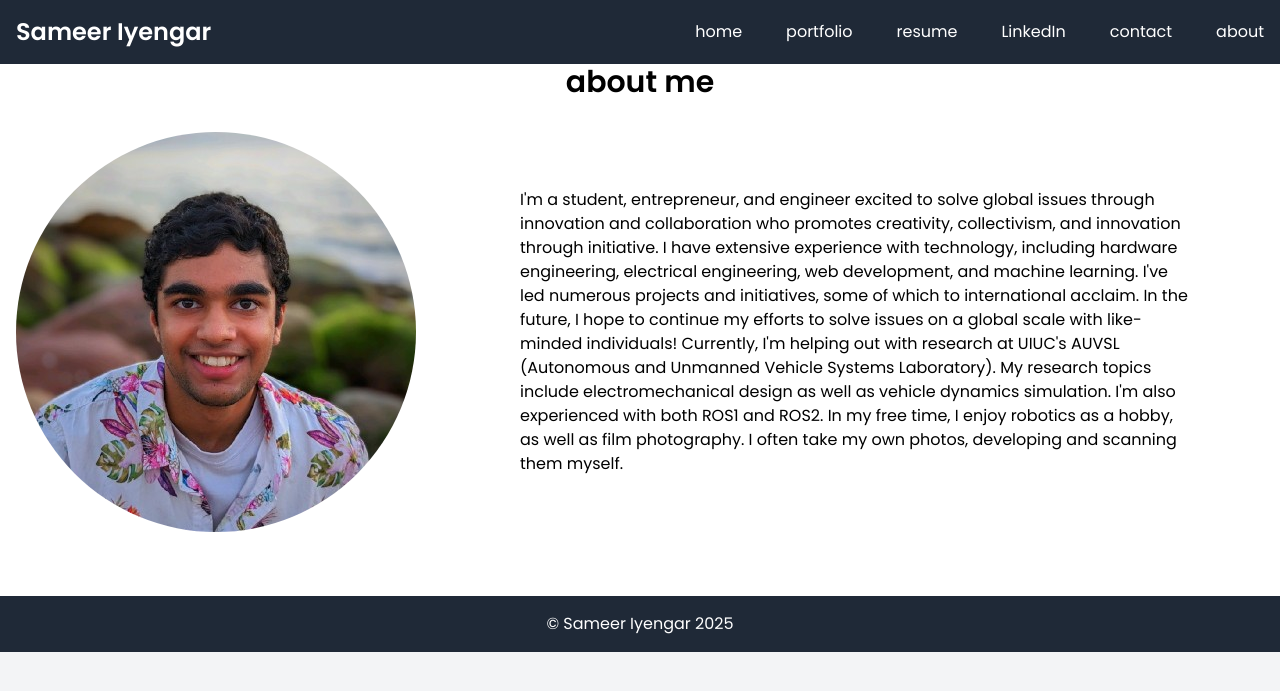
Repository: siyengar04/siyengar04.github.io
Page: about.html
An editor plug-in stored every save of this project. The page is shown before and after the next save, followed by the edit.
The browser window is 1280 px wide. The pictures show the whole page.
Some web libraries are served in a nearby version.

Above is the page before, as saved 2025-06-26 18:34:50.

### about.html
<!DOCTYPE html>
<html lang="en">

<head>
    <meta charset="UTF-8">
    <meta name="viewport" content="width=device-width, initial-scale=1.0">
    <meta property="og:image" content="/images/profile.jpg">
    <meta property="og:image:type" content="image/jpg">
    <meta name="description" content="student, innovator, engineer" />
    <meta property="og:title" content="Sameer Iyengar">
    <meta property="og:description" content="student, innovator, engineer">

    <title>Sameer Iyengar</title>
    <script src="https://cdn.tailwindcss.com"></script>
    <link href="/src/output.css" rel="stylesheet">
    <link href="https://fonts.googleapis.com/css2?family=Poppins:wght@300;400;600&display=swap" rel="stylesheet">
    <style>
        body {
            font-family: 'Poppins', sans-serif;
        }
    </style>
</head>

<body class="bg-gray-100">
    <header class="fixed top-0 z-10 w-full py-4 text-white bg-gray-800">
        <div class="container flex items-center justify-between px-4 mx-auto">
            <h1 class="text-2xl font-semibold">Sameer Iyengar</h1>
            <div class="md:hidden">
                <button id="nav-toggle" class="text-white focus:outline-none">
                    <svg xmlns="http://www.w3.org/2000/svg" class="w-6 h-6" fill="none" viewBox="0 0 24 24" stroke="currentColor">
                        <path stroke-linecap="round" stroke-linejoin="round" stroke-width="2" d="M4 6h16M4 12h16m-7 6h7" />
                    </svg>
                </button>
            </div>
            <nav id="nav-menu" class="hidden md:flex md:space-x-6">
                <ul class="flex flex-col space-y-4 md:flex-row md:space-y-0 md:space-x-6">
                    <li><a href="index.html" class="hover:text-gray-400">home</a></li>
                    <li><a href="/portfolio.html" class="hover:text-gray-400">portfolio</a></li>
                    <li><a href="/resume.html" class="hover:text-gray-400">resume</a></li>
                    <li><a href="https://www.linkedin.com/in/sameer-iyengar/" class="hover:text-gray-400">LinkedIn</a></li>
                    <li><a href="/contact.html" class="hover:text-gray-400">contact</a></li>
                    <li><a href="/about.html" class="hover:text-gray-400">about</a></li>
                </ul>
            </nav>
        </div>
    </header>
    <section id="about" class="py-16 bg-white about">
        <h2 class="mb-8 text-3xl font-bold text-center">about me</h2>

        <div class="container flex flex-col items-center px-4 mx-auto md:flex-row">
            <img src="/images/profile.jpg" alt="Profile Picture" class="mb-8 rounded-full w-100 h-100 md:mb-0 md:mr-8">
            <div class="text-left md:text-left md:flex-1">
                <p class="max-w-2xl mx-auto text-left">I'm a student, entrepreneur, and engineer excited to solve global issues through innovation and collaboration who promotes creativity, collectivism, and innovation through initiative. I have extensive experience with technology, including hardware engineering, electrical engineering, web development, and machine learning. I've led numerous projects and initiatives, some of which to international acclaim. In the future, I hope to continue my efforts to solve issues on a global scale with like-minded individuals! Currently, I'm helping out with research at UIUC's AUVSL (Autonomous and Unmanned Vehicle Systems Laboratory). My research topics include electromechanical design as well as vehicle dynamics simulation. I'm also experienced with both ROS1 and ROS2. In my free time, I enjoy robotics as a hobby, as well as film photography. I often take my own photos, developing and scanning them myself.</p>
            </div>
        </div>
    </section>


    <footer class="py-4 text-center text-white bg-gray-800">
        <div class="container mx-auto">
            <p>&copy; Sameer Iyengar 2025</p>
        </div>
    </footer>

    <script>
        const navToggle = document.getElementById('nav-toggle');
        const navMenu = document.getElementById('nav-menu');

        navToggle.addEventListener('click', () => {
            navMenu.classList.toggle('hidden');
        });
    </script>
</body>

</html>

### src/output.css
*, ::before, ::after {
  --tw-border-spacing-x: 0;
  --tw-border-spacing-y: 0;
  --tw-translate-x: 0;
  --tw-translate-y: 0;
  --tw-rotate: 0;
  --tw-skew-x: 0;
  --tw-skew-y: 0;
  --tw-scale-x: 1;
  --tw-scale-y: 1;
  --tw-pan-x:  ;
  --tw-pan-y:  ;
  --tw-pinch-zoom:  ;
  --tw-scroll-snap-strictness: proximity;
  --tw-gradient-from-position:  ;
  --tw-gradient-via-position:  ;
  --tw-gradient-to-position:  ;
  --tw-ordinal:  ;
  --tw-slashed-zero:  ;
  --tw-numeric-figure:  ;
  --tw-numeric-spacing:  ;
  --tw-numeric-fraction:  ;
  --tw-ring-inset:  ;
  --tw-ring-offset-width: 0px;
  --tw-ring-offset-color: #fff;
  --tw-ring-color: rgb(59 130 246 / 0.5);
  --tw-ring-offset-shadow: 0 0 #0000;
  --tw-ring-shadow: 0 0 #0000;
  --tw-shadow: 0 0 #0000;
  --tw-shadow-colored: 0 0 #0000;
  --tw-blur:  ;
  --tw-brightness:  ;
  --tw-contrast:  ;
  --tw-grayscale:  ;
  --tw-hue-rotate:  ;
  --tw-invert:  ;
  --tw-saturate:  ;
  --tw-sepia:  ;
  --tw-drop-shadow:  ;
  --tw-backdrop-blur:  ;
  --tw-backdrop-brightness:  ;
  --tw-backdrop-contrast:  ;
  --tw-backdrop-grayscale:  ;
  --tw-backdrop-hue-rotate:  ;
  --tw-backdrop-invert:  ;
  --tw-backdrop-opacity:  ;
  --tw-backdrop-saturate:  ;
  --tw-backdrop-sepia:  ;
  --tw-contain-size:  ;
  --tw-contain-layout:  ;
  --tw-contain-paint:  ;
  --tw-contain-style:  ;
}

::backdrop {
  --tw-border-spacing-x: 0;
  --tw-border-spacing-y: 0;
  --tw-translate-x: 0;
  --tw-translate-y: 0;
  --tw-rotate: 0;
  --tw-skew-x: 0;
  --tw-skew-y: 0;
  --tw-scale-x: 1;
  --tw-scale-y: 1;
  --tw-pan-x:  ;
  --tw-pan-y:  ;
  --tw-pinch-zoom:  ;
  --tw-scroll-snap-strictness: proximity;
  --tw-gradient-from-position:  ;
  --tw-gradient-via-position:  ;
  --tw-gradient-to-position:  ;
  --tw-ordinal:  ;
  --tw-slashed-zero:  ;
  --tw-numeric-figure:  ;
  --tw-numeric-spacing:  ;
  --tw-numeric-fraction:  ;
  --tw-ring-inset:  ;
  --tw-ring-offset-width: 0px;
  --tw-ring-offset-color: #fff;
  --tw-ring-color: rgb(59 130 246 / 0.5);
  --tw-ring-offset-shadow: 0 0 #0000;
  --tw-ring-shadow: 0 0 #0000;
  --tw-shadow: 0 0 #0000;
  --tw-shadow-colored: 0 0 #0000;
  --tw-blur:  ;
  --tw-brightness:  ;
  --tw-contrast:  ;
  --tw-grayscale:  ;
  --tw-hue-rotate:  ;
  --tw-invert:  ;
  --tw-saturate:  ;
  --tw-sepia:  ;
  --tw-drop-shadow:  ;
  --tw-backdrop-blur:  ;
  --tw-backdrop-brightness:  ;
  --tw-backdrop-contrast:  ;
  --tw-backdrop-grayscale:  ;
  --tw-backdrop-hue-rotate:  ;
  --tw-backdrop-invert:  ;
  --tw-backdrop-opacity:  ;
  --tw-backdrop-saturate:  ;
  --tw-backdrop-sepia:  ;
  --tw-contain-size:  ;
  --tw-contain-layout:  ;
  --tw-contain-paint:  ;
  --tw-contain-style:  ;
}

/*
! tailwindcss v3.4.14 | MIT License | https://tailwindcss.com
*/

/*
1. Prevent padding and border from affecting element width. (https://github.com/mozdevs/cssremedy/issues/4)
2. Allow adding a border to an element by just adding a border-width. (https://github.com/tailwindcss/tailwindcss/pull/116)
*/

*,
::before,
::after {
  box-sizing: border-box;
  /* 1 */
  border-width: 0;
  /* 2 */
  border-style: solid;
  /* 2 */
  border-color: #e5e7eb;
  /* 2 */
}

::before,
::after {
  --tw-content: '';
}

/*
1. Use a consistent sensible line-height in all browsers.
2. Prevent adjustments of font size after orientation changes in iOS.
3. Use a more readable tab size.
4. Use the user's configured `sans` font-family by default.
5. Use the user's configured `sans` font-feature-settings by default.
6. Use the user's configured `sans` font-variation-settings by default.
7. Disable tap highlights on iOS
*/

html,
:host {
  line-height: 1.5;
  /* 1 */
  -webkit-text-size-adjust: 100%;
  /* 2 */
  -moz-tab-size: 4;
  /* 3 */
  -o-tab-size: 4;
     tab-size: 4;
  /* 3 */
  font-family: ui-sans-serif, system-ui, sans-serif, "Apple Color Emoji", "Segoe UI Emoji", "Segoe UI Symbol", "Noto Color Emoji";
  /* 4 */
  font-feature-settings: normal;
  /* 5 */
  font-variation-settings: normal;
  /* 6 */
  -webkit-tap-highlight-color: transparent;
  /* 7 */
}

/*
1. Remove the margin in all browsers.
2. Inherit line-height from `html` so users can set them as a class directly on the `html` element.
*/

body {
  margin: 0;
  /* 1 */
  line-height: inherit;
  /* 2 */
}

/*
1. Add the correct height in Firefox.
2. Correct the inheritance of border color in Firefox. (https://bugzilla.mozilla.org/show_bug.cgi?id=190655)
3. Ensure horizontal rules are visible by default.
*/

hr {
  height: 0;
  /* 1 */
  color: inherit;
  /* 2 */
  border-top-width: 1px;
  /* 3 */
}

/*
Add the correct text decoration in Chrome, Edge, and Safari.
*/

abbr:where([title]) {
  -webkit-text-decoration: underline dotted;
          text-decoration: underline dotted;
}

/*
Remove the default font size and weight for headings.
*/

h1,
h2,
h3,
h4,
h5,
h6 {
  font-size: inherit;
  font-weight: inherit;
}

/*
Reset links to optimize for opt-in styling instead of opt-out.
*/

a {
  color: inherit;
  text-decoration: inherit;
}

/*
Add the correct font weight in Edge and Safari.
*/

b,
strong {
  font-weight: bolder;
}

/*
1. Use the user's configured `mono` font-family by default.
2. Use the user's configured `mono` font-feature-settings by default.
3. Use the user's configured `mono` font-variation-settings by default.
4. Correct the odd `em` font sizing in all browsers.
*/

code,
kbd,
samp,
pre {
  font-family: ui-monospace, SFMono-Regular, Menlo, Monaco, Consolas, "Liberation Mono", "Courier New", monospace;
  /* 1 */
  font-feature-settings: normal;
  /* 2 */
  font-variation-settings: normal;
  /* 3 */
  font-size: 1em;
  /* 4 */
}

/*
Add the correct font size in all browsers.
*/

small {
  font-size: 80%;
}

/*
Prevent `sub` and `sup` elements from affecting the line height in all browsers.
*/

sub,
sup {
  font-size: 75%;
  line-height: 0;
  position: relative;
  vertical-align: baseline;
}

sub {
  bottom: -0.25em;
}

sup {
  top: -0.5em;
}

/*
1. Remove text indentation from table contents in Chrome and Safari. (https://bugs.chromium.org/p/chromium/issues/detail?id=999088, https://bugs.webkit.org/show_bug.cgi?id=201297)
2. Correct table border color inheritance in all Chrome and Safari. (https://bugs.chromium.org/p/chromium/issues/detail?id=935729, https://bugs.webkit.org/show_bug.cgi?id=195016)
3. Remove gaps between table borders by default.
*/

table {
  text-indent: 0;
  /* 1 */
  border-color: inherit;
  /* 2 */
  border-collapse: collapse;
  /* 3 */
}

/*
1. Change the font styles in all browsers.
2. Remove the margin in Firefox and Safari.
3. Remove default padding in all browsers.
*/

button,
input,
optgroup,
select,
textarea {
  font-family: inherit;
  /* 1 */
  font-feature-settings: inherit;
  /* 1 */
  font-variation-settings: inherit;
  /* 1 */
  font-size: 100%;
  /* 1 */
  font-weight: inherit;
  /* 1 */
  line-height: inherit;
  /* 1 */
  letter-spacing: inherit;
  /* 1 */
  color: inherit;
  /* 1 */
  margin: 0;
  /* 2 */
  padding: 0;
  /* 3 */
}

/*
Remove the inheritance of text transform in Edge and Firefox.
*/

button,
select {
  text-transform: none;
}

/*
1. Correct the inability to style clickable types in iOS and Safari.
2. Remove default button styles.
*/

button,
input:where([type='button']),
input:where([type='reset']),
input:where([type='submit']) {
  -webkit-appearance: button;
  /* 1 */
  background-color: transparent;
  /* 2 */
  background-image: none;
  /* 2 */
}

/*
Use the modern Firefox focus style for all focusable elements.
*/

:-moz-focusring {
  outline: auto;
}

/*
Remove the additional `:invalid` styles in Firefox. (https://github.com/mozilla/gecko-dev/blob/2f9eacd9d3d995c937b4251a5557d95d494c9be1/layout/style/res/forms.css#L728-L737)
*/

:-moz-ui-invalid {
  box-shadow: none;
}

/*
Add the correct vertical alignment in Chrome and Firefox.
*/

progress {
  vertical-align: baseline;
}

/*
Correct the cursor style of increment and decrement buttons in Safari.
*/

::-webkit-inner-spin-button,
::-webkit-outer-spin-button {
  height: auto;
}

/*
1. Correct the odd appearance in Chrome and Safari.
2. Correct the outline style in Safari.
*/

[type='search'] {
  -webkit-appearance: textfield;
  /* 1 */
  outline-offset: -2px;
  /* 2 */
}

/*
Remove the inner padding in Chrome and Safari on macOS.
*/

::-webkit-search-decoration {
  -webkit-appearance: none;
}

/*
1. Correct the inability to style clickable types in iOS and Safari.
2. Change font properties to `inherit` in Safari.
*/

::-webkit-file-upload-button {
  -webkit-appearance: button;
  /* 1 */
  font: inherit;
  /* 2 */
}

/*
Add the correct display in Chrome and Safari.
*/

summary {
  display: list-item;
}

/*
Removes the default spacing and border for appropriate elements.
*/

blockquote,
dl,
dd,
h1,
h2,
h3,
h4,
h5,
h6,
hr,
figure,
p,
pre {
  margin: 0;
}

fieldset {
  margin: 0;
  padding: 0;
}

legend {
  padding: 0;
}

ol,
ul,
menu {
  list-style: none;
  margin: 0;
  padding: 0;
}

/*
Reset default styling for dialogs.
*/

dialog {
  padding: 0;
}

/*
Prevent resizing textareas horizontally by default.
*/

textarea {
  resize: vertical;
}

/*
1. Reset the default placeholder opacity in Firefox. (https://github.com/tailwindlabs/tailwindcss/issues/3300)
2. Set the default placeholder color to the user's configured gray 400 color.
*/

input::-moz-placeholder, textarea::-moz-placeholder {
  opacity: 1;
  /* 1 */
  color: #9ca3af;
  /* 2 */
}

input::placeholder,
textarea::placeholder {
  opacity: 1;
  /* 1 */
  color: #9ca3af;
  /* 2 */
}

/*
Set the default cursor for buttons.
*/

button,
[role="button"] {
  cursor: pointer;
}

/*
Make sure disabled buttons don't get the pointer cursor.
*/

:disabled {
  cursor: default;
}

/*
1. Make replaced elements `display: block` by default. (https://github.com/mozdevs/cssremedy/issues/14)
2. Add `vertical-align: middle` to align replaced elements more sensibly by default. (https://github.com/jensimmons/cssremedy/issues/14#issuecomment-634934210)
   This can trigger a poorly considered lint error in some tools but is included by design.
*/

img,
svg,
video,
canvas,
audio,
iframe,
embed,
object {
  display: block;
  /* 1 */
  vertical-align: middle;
  /* 2 */
}

/*
Constrain images and videos to the parent width and preserve their intrinsic aspect ratio. (https://github.com/mozdevs/cssremedy/issues/14)
*/

img,
video {
  max-width: 100%;
  height: auto;
}

/* Make elements with the HTML hidden attribute stay hidden by default */

[hidden]:where(:not([hidden="until-found"])) {
  display: none;
}

body {
  font-family: 'Poppins', sans-serif;
  margin: 0;
  padding: 0;
  box-sizing: border-box;
}

header {
  background-color: #333;
  padding: 20px 0;
  color: #fff;
}

header nav ul {
  display: flex;
  list-style-type: none;
  gap: 20px;
}

header nav ul li a {
  color: #fff;
  text-decoration: none;
}

.hero {
  background: url('images/hero.jpg') no-repeat center center/cover;
  height: 80vh;
  display: flex;
  align-items: center;
  justify-content: center;
  color: #fff;
  text-align: center;
}

.portfolio {
  padding: 40px 0;
}

.gallery {
  display: grid;
  grid-template-columns: repeat(auto-fit, minmax(200px, 1fr));
  gap: 20px;
}

.gallery img {
  width: 100%;
  height: auto;
}

.contact-btn {
  background-color: #333;
  color: #fff;
  padding: 10px 20px;
  text-decoration: none;
  border-radius: 5px;
}

footer {
  background-color: #333;
  color: #fff;
  text-align: center;
  padding: 10px 0;
}

After the next save:
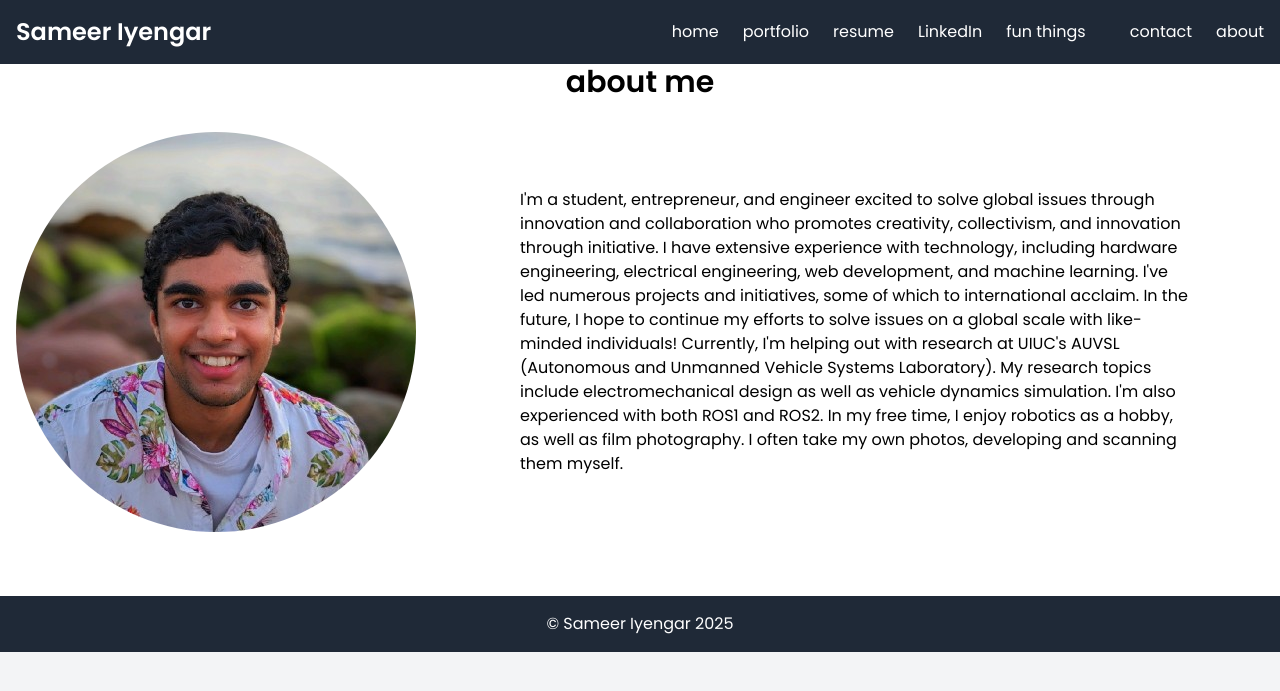
Saved 9 s later.
--- a/about.html
+++ b/about.html
@@ -4,25 +4,75 @@
 <head>
     <meta charset="UTF-8">
     <meta name="viewport" content="width=device-width, initial-scale=1.0">
-    <meta property="og:image" content="/images/profile.jpg">
+    <meta property="og:image" content="./images/profile.jpg">
     <meta property="og:image:type" content="image/jpg">
     <meta name="description" content="student, innovator, engineer" />
     <meta property="og:title" content="Sameer Iyengar">
     <meta property="og:description" content="student, innovator, engineer">
-
-    <title>Sameer Iyengar</title>
+    <title>Sameer Iyengar - Photography Portfolio</title>
     <script src="https://cdn.tailwindcss.com"></script>
-    <link href="/src/output.css" rel="stylesheet">
     <link href="https://fonts.googleapis.com/css2?family=Poppins:wght@300;400;600&display=swap" rel="stylesheet">
     <style>
         body {
             font-family: 'Poppins', sans-serif;
         }
+        .gallery-img {
+            transition: transform 0.3s ease, box-shadow 0.3s ease;
+            cursor: pointer;
+        }
+        .gallery-img:hover {
+            transform: scale(1.02);
+            box-shadow: 0 10px 25px rgba(0, 0, 0, 0.2);
+        }
+        .modal {
+            display: none;
+            position: fixed;
+            z-index: 100;
+            left: 0;
+            top: 0;
+            width: 100%;
+            height: 100%;
+            background-color: rgba(0, 0, 0, 0.9);
+            overflow: auto;
+        }
+        .modal-content {
+            margin: auto;
+            display: block;
+            max-width: 90%;
+            max-height: 90%;
+            margin-top: 5vh;
+        }
+        .close {
+            position: absolute;
+            top: 20px;
+            right: 35px;
+            color: white;
+            font-size: 40px;
+            font-weight: bold;
+            cursor: pointer;
+        }
+        .caption {
+            margin: auto;
+            display: block;
+            width: 80%;
+            text-align: center;
+            color: #ccc;
+            padding: 10px 0;
+        }
+        .desktop-dropdown-menu {
+        margin-top: 0.5rem; /* Adds gap */
+        pointer-events: auto; /* Crucial - keeps interactive */
+        }
+        .desktop-dropdown:hover .desktop-dropdown-menu {
+        display: block;
+        pointer-events: auto; /* Double protection */
+        }
     </style>
 </head>
 
 <body class="bg-gray-100">
-    <header class="fixed top-0 z-10 w-full py-4 text-white bg-gray-800">
+<body class="bg-gray-100">
+<header class="fixed top-0 z-10 w-full py-4 text-white bg-gray-800">
         <div class="container flex items-center justify-between px-4 mx-auto">
             <h1 class="text-2xl font-semibold">Sameer Iyengar</h1>
             <div class="md:hidden">
@@ -38,6 +88,21 @@
                     <li><a href="/portfolio.html" class="hover:text-gray-400">portfolio</a></li>
                     <li><a href="/resume.html" class="hover:text-gray-400">resume</a></li>
                     <li><a href="https://www.linkedin.com/in/sameer-iyengar/" class="hover:text-gray-400">LinkedIn</a></li>
+
+                    <!-- Desktop Fun Things Dropdown -->
+                    <li class="relative group"> <!-- Changed to 'group' -->
+  <button class="flex items-center hover:text-gray-400">
+    fun things
+    <svg class="w-4 h-4 ml-1"><!-- keep your icon --></svg>
+  </button>
+  <div class="group-hover:block hidden bg-gray-700 ... absolute left-0 pt-2">
+                            <a href="/cat-gallery.html" class="block px-4 py-2 hover:bg-gray-600">Cat Gallery & Bio</a>
+                            <a href="/travel-photos.html" class="block px-4 py-2 hover:bg-gray-600">Travel Photos</a>
+                            <a href="/hobbies.html" class="block px-4 py-2 hover:bg-gray-600">My Hobbies</a>
+                            <a href="/fun-facts.html" class="block px-4 py-2 hover:bg-gray-600">Fun Facts</a>
+                        </div>
+                    </li>
+
                     <li><a href="/contact.html" class="hover:text-gray-400">contact</a></li>
                     <li><a href="/about.html" class="hover:text-gray-400">about</a></li>
                 </ul>
